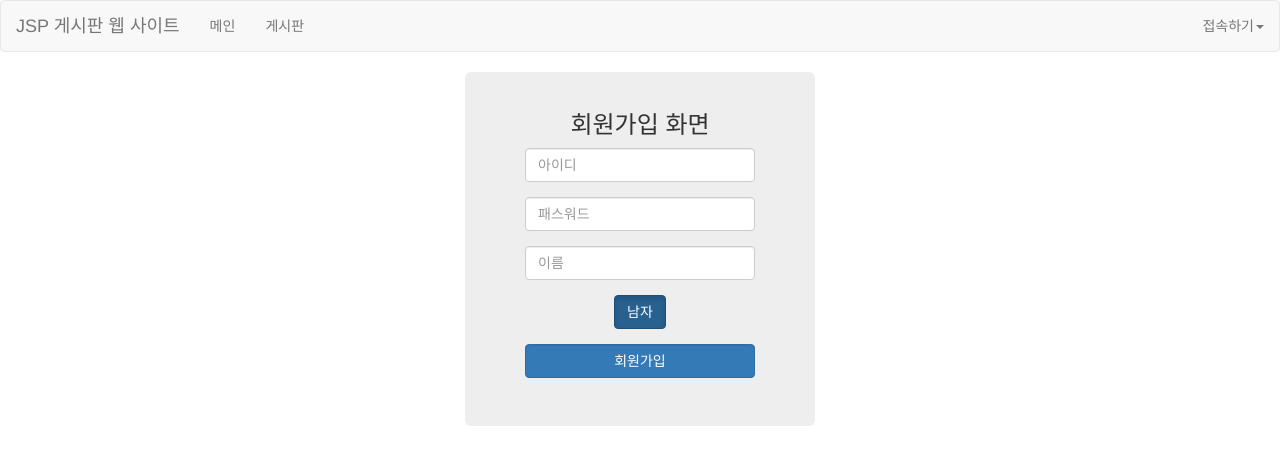
Repository: jsj961/bulletin-board-system
Page: http://localhost/BBS/join.jsp
The author's editor kept a copy of each file at every save. The page is drawn from the files as they stood at one save, then again after the next save.
The browser window is 1280 px wide. The pictures show the whole page.
Some web libraries are served in a nearby version. The page is served by Tomcat 9. Other server files are loaded and not shown.

Above is the page before, as saved 2021-06-30 09:13:47.

### BBS/src/main/webapp/join.jsp
<%@ page language="java" contentType="text/html; charset=UTF-8"
    pageEncoding="UTF-8"%>
<!DOCTYPE html>
<html>
<head>
<meta charset="UTF-8">
<meta name="viewport" content="width=device-width", initial-scale="1">
<link rel="stylesheet" href="css/bootstrap.css">
<title>JSP 게시판 웹 사이트</title>
</head>
<body>
	<nav class="navbar navbar-default">
		<div class="navbar-header">
			<button type="button" class="navbar-toggle collasped"
				data-toggle="collapse" data-target="#bs-example-navbar-collaspe-1"
				aria-expanded="false">
				<span class="icon-bar"></span>
				<span class="icon-bar"></span>
				<span class="icon-bar"></span>
			</button>
			<a class="navbar-brand" href="main.jsp">JSP 게시판 웹 사이트</a>
		</div>
		<div class="collapse navbar-collapse" id="bs-example-navbar-collapse-1">
			<ul class="nav navbar-nav">
				<li><a href="main.jsp">메인</a></li>
				<li><a href="bbs.jsp">게시판</a></li>
			</ul>
			<ul class="nav navbar-nav navbar-right">
				<li class="dropdown">
					<a href="#" class="dropdown-toggle"
					 	data-toggle="dropdown" role="button" aria-haspopup="true"
					 	aria-expanded="false">접속하기<span class="caret"></span></a>
				 	<ul class="dropdown-menu">
				 		<li class="active"><a href="login.jsp">로그인</a></li>
				 		<li><a href="join.jsp">회원가입</a></li>
				 	</ul>
				</li>
			</ul>
		</div>
	</nav>
	<div class="container">
		<div class="col-lg-4"></div>
		<div class="col-lg-4">
			<div class="jumbotron" style="padding-top: 20px;">
				<form method="post" action="loginAction.jsp">
					<h3 style="text-align: center;">회원가입 화면</h3>
					<div class="form-group">
						<input type="text" class="form-control" placeholder="아이디" name="userID" maxlength="20">
					</div>
					<div class="form-group">
						<input type="password" class="form-control" placeholder="패스워드" name="userPassword" maxlength="20">
					</div>
					<div class="form-group">
						<input type="text" class="form-control" placeholder="이름" name="userName" maxlength="20">
					</div>
					<div class="form-group" style="text-align: center;">
						<div class="btn-group" data-toggle="buttons">
							<label class="btn btn-primary active">
								<input type="radio" name="userGender" autocomplete="off" value="남자" checked>남자
							</label>
						</div>
					</div>
					<input type="submit" class="btn btn-primary form-control" value="회원가입">
				</form>
			</div>
		</div>
		<div class="col-lg-4"></div>
	</div>
	<script src="https://ajax.googleapis.com/ajax/libs/jquery/3.2.1/jquery.min.js"></script>
	<script src="js/bootstrap.js"></script>

</body>
</html>

Loaded but not shown: BBS/src/main/webapp/css/bootstrap.css (library); BBS/src/main/webapp/js/bootstrap.js (library)

After the next save:
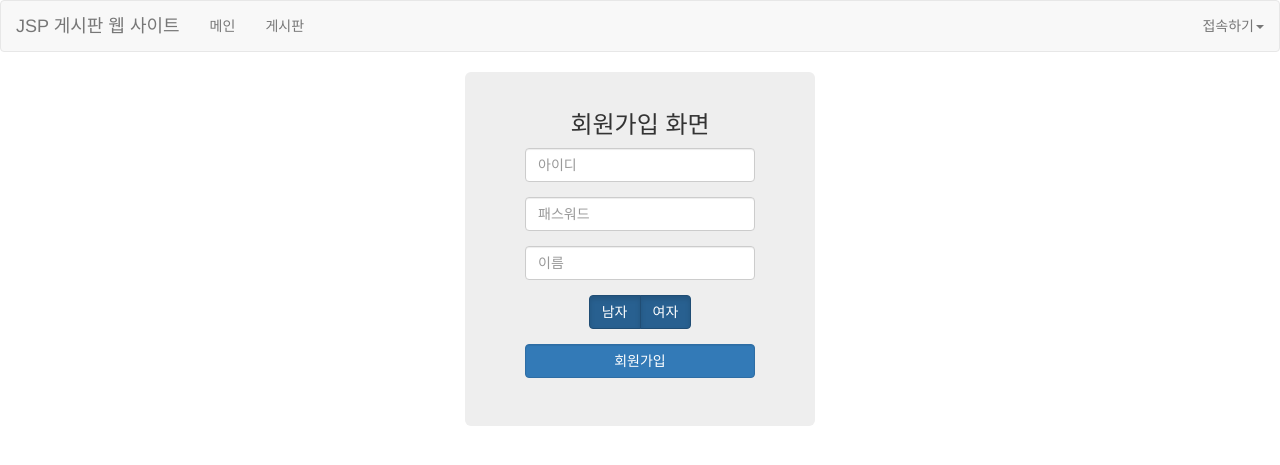
Saved 10 s later.
--- a/BBS/src/main/webapp/join.jsp
+++ b/BBS/src/main/webapp/join.jsp
@@ -58,6 +58,9 @@
 							<label class="btn btn-primary active">
 								<input type="radio" name="userGender" autocomplete="off" value="남자" checked>남자
 							</label>
+							<label class="btn btn-primary active">
+								<input type="radio" name="userGender" autocomplete="off" value="여자" checked>여자
+							</label>
 						</div>
 					</div>
 					<input type="submit" class="btn btn-primary form-control" value="회원가입">
